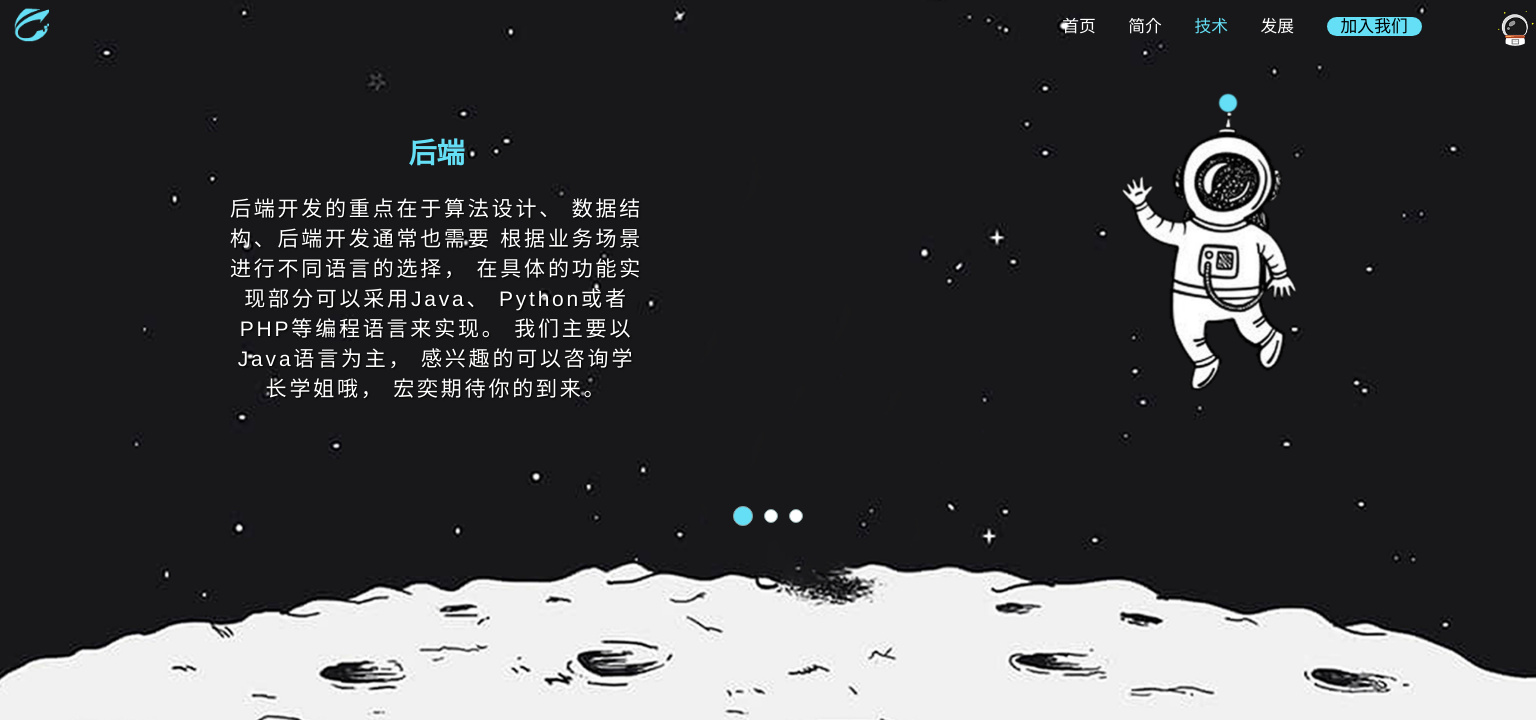
Repository: Homyit20/website
Page: /#/technique
These files come from the project's save history. The page is drawn as it stood at one moment and after the next save; the edit follows.
The browser window is 1536 px wide. The pictures show the whole page.
The project was rebuilt for these pictures with package versions that can differ from the ones it lists, and the page was loaded fresh each time. Also part of the build but not shown: vue.config.js.

Above is the page before, as saved 2021-08-10 19:19:41.

### public/index.html
<!DOCTYPE html>
<html lang="">
  <head>
    <meta charset="utf-8">
    <meta http-equiv="X-UA-Compatible" content="IE=edge">
    <meta name="viewport" content="width=device-width,initial-scale=1.0">
    <link rel="icon" href="<%= BASE_URL %>favicon.ico">
    <!-- <title><%= htmlWebpackPlugin.options.title %></title> -->
    <title><%= htmlWebpackPlugin.options.title %></title>
    <style>
      *{
        cursor: url("火箭.ico"),auto;
      }
      .body{
        overflow-x: hidden;
      }
    </style>
  </head>
  <body class="body">
    <noscript>
      <strong>We're sorry but <%= htmlWebpackPlugin.options.title %> doesn't work properly without JavaScript enabled. Please enable it to continue.</strong>
    </noscript>
    <div id="app"></div>
    <!-- built files will be auto injected -->
  </body>
</html>

### src/main.js
import Vue from 'vue'
import App from './App.vue'
import router from './router'
import store from './store'
// import VueCookies from 'vue-cookies'
// import axios from 'axios'
// import VueAxios from 'vue-axios'
import 'animate.css/animate.min.css'
// Vue.use(VueCookies)
// Vue.use(VueAxios, axios);

Vue.config.productionTip = false

new Vue({
  router,
  store,
  render: h => h(App),
}).$mount('#app')

//报名成功或者已报名才可进入二维码页面
router.beforeEach((to, from, next) => {
  //路由导航
  if (to.meta.islogin) {

    if (store.state.success == 1) {
      next()
    } else {
      next({
        path: from.path
      })
    }
  } else {

    if (to.meta.islogin) {
      if (store.state.success == 1) {
        next()
      } else {
        next({
          path: from.path
        })
      }
    } else {
      next()
    }
  }
})
window.onload = function(){
  document.title = "HOMYIT STUDIO"
}

### src/App.vue
<template>
  <div id="app">
    <router-view></router-view>
  </div>
</template>

<script>
// import NavBar from "./components/enter/enter.vue"
export default {
  name: "App"
};
</script>

<style>
* {
  margin: 0;
  padding: 0;
  box-sizing: border-box;
}
html {
  font-size: 14px;
}
#app {
  font-family: Avenir, Helvetica, Arial, sans-serif;
}
</style>

### src/router/index.js
import Vue from 'vue'
import VueRouter from 'vue-router'

Vue.use(VueRouter);

const routes = [
    {
        path: '/',
        redirect: '/enter',
        meta : {
            title : 'enter'
        }
    },
    {
        path: '/technique',
        component: () => import('../views/technique.vue'),
        meta : {
            title : 'technique'
        }
    },
    {
        path: '/develop',
        component: () => import('../views/develop.vue'),
        meta : {
            title : 'develop'
        }
    },
    {
        path: '/enter',
        component: () => import('../views/enter.vue'),
        meta : {
            title : 'enter'
        }
    },
    {
        path: '/login',
        component: () => import('../views/login.vue'),
        redirect: '/login/loginform',
        children: [{
            path: '/login/loginform',
            component: () => import('../components/content/loginform.vue'),
            meta : {
                title : 'login'
            }
        },
        {
            path: '/login/contact',
            component: () => import('../components/content/contact.vue'),
            meta: {
                islogin: true,
                title : 'contact'
            }
        }
        ]
    },
    {
        path: '/home',
        component: () => import('../views/Home.vue'),
        meta : {
            title : 'home'
        }
    }, {
        path: '/background',
        component: () => import('../views/background.vue'),
        meta : {
            title : 'background'
        }
    },
    {
        path : '/photo',
        component : () => import('../views/photo.vue')
    }
]

const router = new VueRouter({
    routes
})

export default router;

### src/store/index.js
import Vue from 'vue'
import Vuex from 'vuex'

Vue.use(Vuex)

const store = new Vuex.Store({
    state : {
        success : 0,
        isnav : false
    },
    mutations : {
        judge(state){
            state.success = 1
        }
    }
})

export default store;

### src/views/technique.vue
<template>
    <div class="tech-contain">
        <NavBar></NavBar>
        <img class="tech-background" src="../assets/techlogin/images/背景.png">
        <div class="tech-content">
            <div class="tech-box" @touchstart.passive="touchstartdeal">
              <ul class="tech-list">
                <li class="after-details">
                    <div class="tech-after-text tech-text">
                        <h1>后端</h1>
                        <p>
                            后端开发的重点在于算法设计、
                            数据结构、后端开发通常也需要
                            根据业务场景进行不同语言的选择，
                            在具体的功能实现部分可以采用Java、
                            Python或者PHP等编程语言来实现。
                            我们主要以Java语言为主，
                            感兴趣的可以咨询学长学姐哦，
                            宏奕期待你的到来。
                        </p>
                    </div>
                    <div class="tech-after-people">
                        <img src="../assets/techlogin/images/宇航员1.png" class="tech-people">
                    </div>
                </li>
                <li class="before-details">
                    <div class="tech-before-people">
                        <img src="../assets/techlogin/images/宇航员2_03.png" class="tech-people">
                    </div>
                    <div class="tech-before-text tech-text">
                        <h1>前端</h1>
                        <p>
                            前端主要使用 HTML、CSS、JavaScript等
                            专业技能和工具将产品UI设计稿实现成
                            网站产品，涵盖用户PC端、移动端网页
                            处理视觉和交互问题。前端工程师也是
                            互联网时代软件产品研发中不可缺少的
                            一种专业研发角色,快来宏奕学习前端吧。
                        </p>
                    </div>
                </li>
                <li class="ui-details">
                    <div class="tech-ui-text tech-text">
                        <h1>UI</h1>
                        <p>
                            UI负责软件界面的美术设计、创意工作
                            和制作工作；根据各种相关软件的用户群，
                            提出构思新颖有高度吸引力的创意设计；
                            对软件人机交互、操作逻辑、界面美观进行
                            整体设计。UI设计可以让软件变得有个性有品味。
                            快来加入宏奕,让我们一起设计出奇妙又美观的页面吧，
                        </p>
                    </div>
                    <div class="tech-ui-people">
                        <img src="../assets/techlogin/images/宇航员3_03.png" class="tech-people">
                    </div>
                </li>
              </ul>
            </div>
            <div class="tech-slide"><img src="../assets/techlogin/images/滑动.png"></div>
            <ul class="tech-select-list">
                <li class="tech-select-circle tech-select-active" @click='scroll(0)'></li>
                <li class="tech-select-circle" @click='scroll(1)'></li>
                <li class="tech-select-circle" @click='scroll(2)'></li>
            </ul>
        </div>
    </div>
</template>

<script>
  import NavBar from '../components/common/nav.vue'
  let before = 0;
  let after = 0;
  let techtime = null;
  let touchvalue = 0;

  //禁止下拉刷新
  document.body.addEventListener('touchmove', function(e){
      e.preventDefault();
  }, {passive : false})
  export default {
    name : 'Technique',
    data(){
        return {
            techmove : 40
        }
    },
    components : {
        NavBar
    },
    //挂载变量以便对象使用
    created(){
        this.touchdata = {
            touchstartX : null,
            touchstartY : null,
            touchmoveX : null,
            touchmoveY : null,
            touchscrollX : null,
            touchscroolY : null,
            touchdirection : null
        }
    },
    mounted(){
        // 重新进入此组件后 让after before为0
        before = 0;
        after = 0;
    },
    methods:{
        //轮播图制作
        scroll(value){
            before = after;
            after = value;
            let techniqueul = document.getElementsByClassName('tech-list')[0];
            let techniquebox = document.getElementsByClassName('after-details')[0];
            let techniquewidth = techniquebox.offsetWidth;
            let techniqueli = document.getElementsByClassName('tech-select-circle');
            //根据屏幕大小调节移动距离
            if(techniquewidth >= 800){
                this.techmove = 20;
            }else{
                this.techmove = 4;
            }

            //改变圆圈的样式
            techniqueli[before].classList.remove('tech-select-active');
            techniqueli[after].classList.add('tech-select-active');

            //控制内容的轮播
            clearInterval(techtime);
            techtime = setInterval(() =>{
                if(after > before){
                    if(techniqueul.offsetLeft <= -techniquewidth*value + this.techmove){
                        clearInterval(techtime);
                    }
                    techniqueul.style.left = techniqueul.offsetLeft - this.techmove + 'px';
                }else if(before == after){
                    techniqueul.style.left = -techniquebox.offsetWidth*value + 'px';
                     clearInterval(techtime);
                }
                else{
                      if(techniqueul.offsetLeft >= -techniquewidth*value -this.techmove){
                        clearInterval(techtime);
                      }
                      techniqueul.style.left = techniqueul.offsetLeft + this.techmove + 'px';
                }
            },3)

            //屏幕缩放
            window.onresize = function(){
                let techniquewidth = techniquebox.offsetWidth;
                techniqueul.style.left = -techniquewidth*value + 'px';
                if(techniquewidth >= 800){
                    this.techmove = 20;
                }else{
                    this.techmove = 4;
                }
            }
        },
        //移动端手指滑动效果制作
        touchstartdeal(e){
            let techniqueul = document.getElementsByClassName('tech-list')[0];
            //啥叫第一个touches?
            let touchstart = e.targetTouches[0];
            this.touchstartX = touchstart.clientX;
            this.touchstartY = touchstart.clientY;
            //监听touchmove touchend
            techniqueul.addEventListener('touchmove', this.touchmovedeal,false);
            techniqueul.addEventListener('touchend', this.touchenddeal, false);
        },
        touchmovedeal(event){
            //当屏幕有多个touch或者页面被缩放过，就不执行move操作
            let techniquebox = document.getElementsByClassName('after-details')[0];
            let techniquewidth = techniquebox.offsetWidth;
            if (event.targetTouches.length > 1 || event.scale && event.scale !== 1) return;
            let techniqueul = document.getElementsByClassName('tech-list')[0];
            let touchmove = event.targetTouches[0];
            this.touchmoveX = touchmove.clientX;
            this.touchmoveY = touchmove.clientY;
            this.touchscrollX = this.touchmoveX - this.touchstartX;
            this.touchscrollY = this.touchmoveY - this.touchstartY;
            this.touchdirection = Math.abs(this.touchscrollX) > Math.abs(this.touchscrollY) ? 1 : 0;
            //竖滑阻止默认事件
           //需要判断是否事件可以被取消
            if(this.touchdirection == 0 && event.cancelable){
                event.preventDefault()
                techniqueul.style.left = -techniquewidth*touchvalue + 'px';
                //默认事件是滚动
            }
            techniqueul.style.left = techniqueul.offsetLeft + this.touchscrollX + 'px';
        },
        touchenddeal(){
            let techniqueul = document.getElementsByClassName('tech-list')[0];
            let techniquebox = document.getElementsByClassName('after-details')[0];
            let techniquewidth = techniquebox.offsetWidth;
            let techniqueli = document.getElementsByClassName('tech-select-circle');
            if(this.touchscrollX < 0){
                //小于20滑动
                if(this.touchscrollX < -30){
                    //touchvalue值改变之前，移除前一个圈圈的样式，同步before
                    touchvalue = after
                    techniqueli[touchvalue].classList.remove('tech-select-active');
                    before = touchvalue;
                    touchvalue++;
                    techniqueul.style.left = -techniquewidth*touchvalue + 'px';
                    if(touchvalue > 2){
                        touchvalue = 0;
                        techniqueul.style.left = -techniquewidth*touchvalue + 'px';
                    }
                    techniqueli[touchvalue].classList.add('tech-select-active');
                    //同步网页端小圆圈和轮播
                    after = touchvalue;
                    techniqueli[before].classList.remove('tech-select-active');
                    techniqueli[after].classList.add('tech-select-active');
                    window.onresize = function(){
                    let techniquewidth = techniquebox.offsetWidth;
                    techniqueul.style.left = -techniquewidth*after + 'px';
                    }
                    //清除数据残留
                    this.touchscrollX = 0;
                }else{
                    techniqueul.style.left = -techniquewidth*touchvalue + 'px';
                }
            }
            if(this.touchscrollX > 0 ){
                //大于20滑动
                if(this.touchscrollX > 30){
                    //点完后滑动后 touch value before同步
                    touchvalue = after
                    techniqueli[touchvalue].classList.remove('tech-select-active');
                    before = touchvalue;
                    touchvalue--;
                    techniqueul.style.left = -techniquewidth*touchvalue + 'px';
                    if(touchvalue < 0){
                        touchvalue = 2;
                        techniqueul.style.left = -techniquewidth*touchvalue + 'px';
                    }
                    techniqueli[touchvalue].classList.add('tech-select-active');
                    //after与圆圈样式 移动位置同步
                    after = touchvalue;
                    techniqueli[before].classList.remove('tech-select-active');
                    techniqueli[after].classList.add('tech-select-active');
                    window.onresize = function(){
                    let techniquewidth = techniquebox.offsetWidth;
                    techniqueul.style.left = -techniquewidth*after + 'px';
                    }
                    //清除数据残留
                    this.touchscrollX = 0;
                }else{
                    techniqueul.style.left = -techniquewidth*touchvalue + 'px';
                }
                //取消监听 放在其他页面滑动造成连动效果
                techniqueul.removeEventListener('touchmove', this.touchmovedeal,false);
                techniqueul.removeEventListener('touchend', this.touchenddeal, false);
            }
        }
    }
}
</script>

<style>
  /* 背景设置 */
  .tech-contain .tech-background{
      position: absolute;
       top: 0;
      width: 100vw;
      height: 100%;
      object-fit: cover;
      z-index: -100;
    }


  .tech-contain .tech-content{
      width: 100vw;
      display: flex;
      flex-direction: column;
      align-items: center;
    }

    /* 介绍部分 */
    /* 没有这个盒子包裹 怎么ul回跑呢 */
    .tech-box{
        position: relative;
        width: 100vw;
        min-height: 30rem;
        overflow: hidden;
        top: 2vh;
    }
    .tech-slide{
        position: absolute;
        bottom: 25vh;
        right: 0;
        display: none;
    }
  .tech-content .tech-list{
      position: absolute;
      left: 0;
      display: flex;
      align-items: center;
      justify-content: flex-start;
      width: 350rem;
      height: 100%;
      margin: 0;
      padding: 0;
  }

  /* 字体统一设置 */
  .tech-list h1{
      text-align: center;
      color: #65dff5;
  }
  .tech-list  p{
      padding-top: 1.5rem;
      text-align: center;
      color: #fff;
      font-size: 1.1rem;
      letter-spacing: 0.2rem;
      text-shadow: 1px 1px 2px #000;
  }

    /* 移动端响应式 */

    @media screen and (max-width : 500px) {
        .tech-box{
          top: 8vh;
    }
        .after-details,
        .before-details,
        .ui-details{
            display: flex;
            flex-direction: column;
            align-items: center;
            width: 100vw;
        }
        .tech-list p {
            font-size: 0.9rem;
        }
        .tech-people{
            width: 10rem;
        }
        .tech-contain .tech-content .tech-select-list{
            position: absolute;
            bottom: 20vh;
        }
        .tech-slide{
            display: block;
        }
    }

  /* 后端部分 */

 .tech-list .after-details{
      display: flex;
      justify-content: space-around;
      align-items: center;
      width: 100vw;
      height: 100%;
  }
  .after-details .tech-after-text{
      width: 23rem;
      /* background-color: green; */
  }
  .after-details .tech-after-people img{
      max-width: 15rem;
      animation: animate 2s infinite ease-in-out;
  }



   /* 前端部分 */
  .tech-list .before-details{
      display: flex;
      justify-content: space-around;
      align-items: center;
      width: 100vw;
      height: 100%;
  }
    .before-details .tech-before-text{
      width: 23rem;
      /* background-color: green; */
    }
    .before-details .tech-before-people img{
      max-width: 15rem;
      animation: animate 2s infinite ease-in-out;
    }

    /* ui部分 */
    .tech-list .ui-details{
      display: flex;
      justify-content: space-around;
      align-items: center;
      width: 100vw;
      height: 100%;
  }
    .ui-details .tech-ui-text{
      width: 23rem;
      /* background-color: green; */
    }
    .ui-details .tech-ui-people img{
      max-width: 15rem;
      animation: animate 2s infinite ease-in-out;
    }

     /* 动画效果 */

     @keyframes animate{
         0%{
             transform: translateY(1rem);
         }
         50%{
             transform: translateY(-1.1rem);
         }
         100%{
             transform: translateY(1rem);
         }
     }
    /* 小圈圈 */
    .tech-content .tech-select-list{
        position: absolute;
        bottom: 27vh;
        width: 5rem;
        display: flex;
        justify-content: space-between;
        align-items: center;
        list-style: none;
        margin: 0;
        padding: 0;
    }
    /* 当屏幕大于1500px时 */
    @media screen and (min-width : 1500px){
       .tech-box{
            top: 4rem;
        }
        .tech-box .tech-text{
            width: 30rem;
        }
        .tech-list p {
            font-size: 1.5rem;
        }
        .tech-select-list .tech-select-circle{
           width: 1rem;
           height: 1rem;
           border-radius: 50%;
           background-color: #fff;
           border: 1px solid #8da7a9;
        }
        .tech-select-list .tech-select-active{
           width: 1.4rem;
           height: 1.4rem;
           border-radius: 50%;
           background-color: #65dff5;
           border: 1px solid #8da7a9;
        }
    }
        .tech-select-circle{
          width: 0.7rem;
          height: 0.7rem;
          border-radius: 50%;
          background-color: #fff;
          border: 1px solid #8da7a9;
        }
        .tech-select-active{
           width: 1rem;
           height: 1rem;
           border-radius: 50%;
           background-color: #65dff5;
           border: 1px solid #8da7a9;
        }

    /* 改变placeholder的颜色 */

  ::-webkit-input-placeholder { /* WebKit browsers */
      color: rgb(156, 154, 154);
  }

  ::-moz-placeholder { /* Mozilla Firefox 19+ */
    color: rgb(156, 154, 154);
  }

  :-ms-input-placeholder { /* Internet Explorer 10+ */
    color: rgb(156, 154, 154);
  }
</style>

### src/components/common/nav.vue
<template>
  <div class="nav">
    <div class="nav-logo" @click="toHome">
      <img src="../../assets/techlogin/images/logo_03.png"/>
    </div>
    <div class="nav-list">
      <ul class="nav-list-ul">
        <li>
          <router-link
            to="/home"
            class="nav-link-class"
            active-class="nav-link-active"
            >首页</router-link
          >
        </li>
        <li>
          <router-link
            to="/background"
            class="nav-link-class"
            active-class="nav-link-active"
            >简介</router-link
          >
        </li>
        <li>
          <router-link
            to="/technique"
            class="nav-link-class"
            active-class="nav-link-active"
            >技术</router-link
          >
        </li>
        <li>
          <router-link
            to="/develop"
            class="nav-link-class"
            active-class="nav-link-active"
            >发展</router-link
          >
        </li>
        <li>
          <router-link
            to="/login"
            class="nav-link-class nav-link-login"
            active-class="nav-join-class"
            >加入我们</router-link
          >
        </li>
      </ul>
      <div class="nav-list-img">
        <img src="../../assets/techlogin/images/小宇航员_07.png" />
      </div>
    </div>
  </div>
</template>

<script>
export default {
  name: "navbar",
  methods : {
    toHome(){
      if(this.$route.path != '/home'){
        this.$router.push({
          path : '/home'
        })
      }
    }
  }
};
</script>

<style>
.nav {
  position: absolute;
  top: 0;
  z-index: 100;
  display: flex;
  justify-content: space-between;
  align-items: center;
  width: 100vw;
  height: 3.5rem;
}
.nav-logo img {
  width: 2.5rem;
  height: 2.5rem;
  margin-top: 0.25rem;
  margin-left: 1rem;
  object-fit: cover;
}
.nav .nav-list {
  display: flex;
  justify-content: space-between;
  align-items: center;
  width: 35rem;
}
.nav-list .nav-list-ul {
  width: 80%;
  height: 100%;
  display: flex;
  align-items: center;
  justify-content: space-around;
  list-style: none;
  font-size: 1.2rem;
  color: #fff;
}
.nav-link-class {
  color: #fff;
  text-decoration: none;
}
.nav-link-active {
  color: #65dff5;
}
.nav-list-img {
  width: 3rem;
  height: 3rem;
  display: flex;
  flex-direction: column;
  position: relative;
}
.nav-list .nav-list-img img {
  width: 3rem;
  height: 3rem;
  display: flex;
  flex-direction: column;
  position: relative;
}
.nav-list .nav-list-img img {
  width: 3rem;
  height: 3rem;
  object-fit: cover;
}

/* img响应式 */
@media screen and (max-width: 500px) {
  .nav .nav-list {
    display: flex;
    justify-content: space-around;
    align-items: center;
    width: 23rem;
  }
  .nav .nav-list .nav-list-ul {
    width: 100%;
  }
  .nav-logo img {
    width: 2rem;
    height: 2rem;
    object-fit: cover;
  }
  .nav .nav-list .nav-list-img {
    display: none;
  }
  .nav .nav-list .nav-list-img img {
    display: none;
  }
  .nav .nav-link-login {
    padding: 0 0.5rem;
  }
}
.nav-link-login {
  color: #000;
  padding: 0 1rem;
  background-color: #65dff5;
  border-radius: 1rem;
}
.nav-join-class{
  box-shadow: 1px 1px 8px #fff;
}
</style>

After the next save:
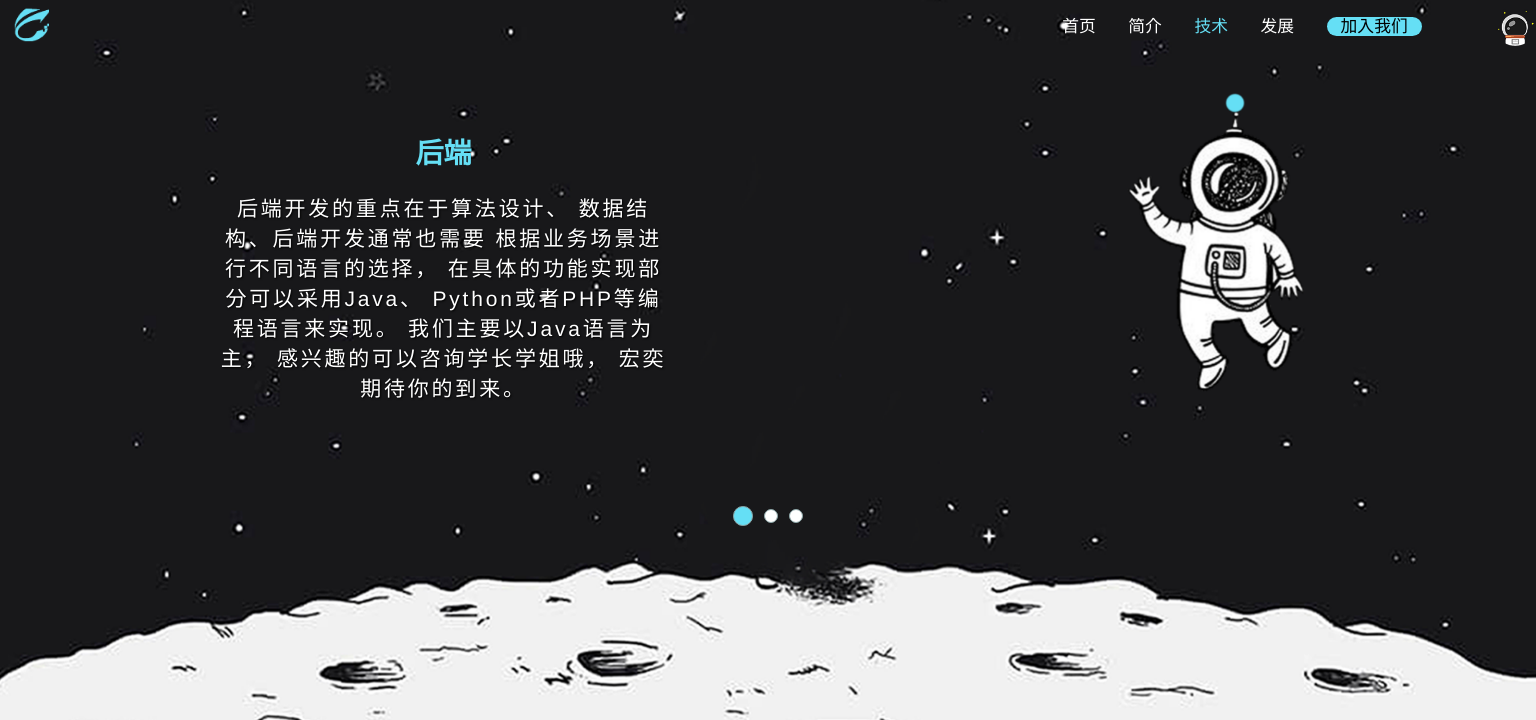
Saved 6 s later.
--- a/src/views/technique.vue
+++ b/src/views/technique.vue
@@ -431,7 +431,7 @@
             top: 4rem;
         }
         .tech-box .tech-text{
-            width: 30rem;
+            width: 32rem;
         }
         .tech-list p {
             font-size: 1.5rem;
